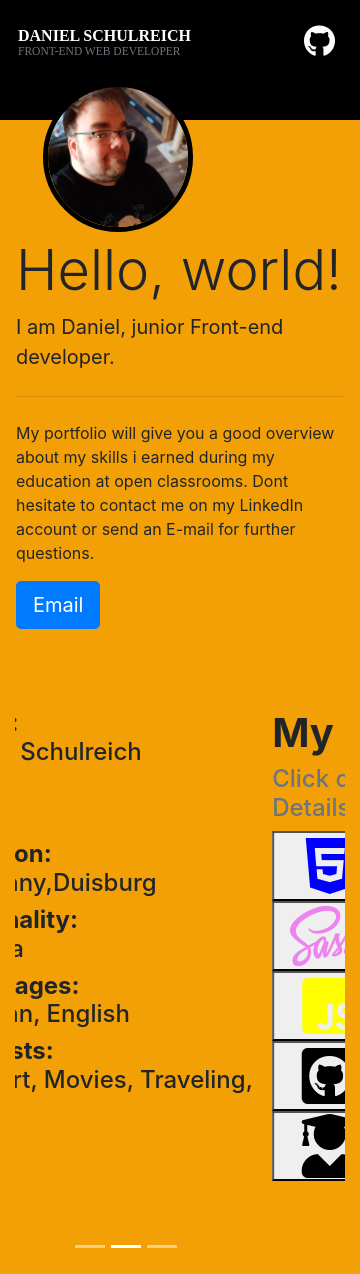
Repository: schulreich/my_portfolio
Page: index.html
The author's editor kept a copy of each file at every save. The page is drawn from the files as they stood at one save, then again after the next save.
The browser window is 360 px wide. The pictures show the whole page.
Some web fonts or font styles are not loaded; a fallback is used. Some web libraries are served in a nearby version.

Above is the page before, as saved 2020-06-21 22:16:38.

### index.html
<!DOCTYPE html>
<html lang="en">
<head>
    <meta charset="UTF-8">
    <meta name="viewport" content="width=device-width, initial-scale=1.0">
    <meta http-equiv="X-UA-Compatible" content="ie=edge">
    <link rel="stylesheet" href="https://stackpath.bootstrapcdn.com/bootstrap/4.1.3/css/bootstrap.min.css" integrity="sha384-MCw98/SFnGE8fJT3GXwEOngsV7Zt27NXFoaoApmYm81iuXoPkFOJwJ8ERdknLPMO" crossorigin="anonymous">
    <link rel="stylesheet" href="css/main.css">
    <link rel="stylesheet" href="https://use.fontawesome.com/releases/v5.5.0/css/all.css" integrity="sha384-B4dIYHKNBt8Bc12p+WXckhzcICo0wtJAoU8YZTY5qE0Id1GSseTk6S+L3BlXeVIU" crossorigin="anonymous">

    <title>Document</title>
</head>
<body>
    <header>
        <div class="row">
            <div class="name">DANIEL SCHULREICH</div>
            <div class="title text-muted"><small>FRONT-END WEB DEVELOPER</small></div>
            <a class="btn btn-primary btn-sm follow d-none d-lg-block" href="https://www.linkedin.com/in/daniel-schulreich-a5347617b/" target="_blank" role="button"><i class="fab fa-linkedin "></i><i class="fas fa-arrow-left arrow-left text-primary"></i><small>Follow @schulreich</small></a>

            <div class="nav">
                    <ul>
                        <li class="github"><i class="fab fa-github fa-2x nav-icon"></i><a href="https://github.com/schulreich" target="_blank">GitHub</a>
                        </li>
                    </ul>
                </div>


        </div>
    </header>

    <section class="project-modal">

    <div class="modal fade bd-example-modal-lg" tabindex="-1" role="dialog" aria-labelledby="myLargeModalLabel" aria-hidden="true">
            <div class="modal-dialog modal-lg">
              <div class="modal-content">
                <div class="modal-header">
                  <h5 class="modal-title" id="exampleModalLabel"><strong>JavaScript Boardgame</strong></h5>
                  <button type="button" class="close" data-dismiss="modal" aria-label="Close">
                    <span aria-hidden="true">&times;</span>
                  </button>
                </div>
                <div class="modal-body modal-align">
                    <img class="modal-img" src="images/boardgame.png" alt="">
                </div>
                <div class="modal-footer">
                  <a href="https://schulreich.github.io/JavaScript_boardgame/" target="_blank" class="btn btn-primary btn-lg active" role="button" aria-pressed="true">Demo</a>
                  <button type="button" class="btn btn-secondary" data-dismiss="modal">Close</button>
                </div>
              </div>
            </div>
          </div>

          <div class="modal fade bd-cards-example-modal-lg" tabindex="-1" role="dialog" aria-labelledby="myLargeModalLabel" aria-hidden="true">
                <div class="modal-dialog modal-lg">
                  <div class="modal-content">
                    <div class="modal-header">
                      <h5 class="modal-title" id="exampleModalLabel"><strong>Bootstrap Moviefestival website</strong></h5>
                      <button type="button" class="close" data-dismiss="modal" aria-label="Close">
                        <span aria-hidden="true">&times;</span>
                      </button>
                    </div>
                    <div class="modal-body modal-align">
                        <img class="modal-img" src="images/moviefestival.png" alt="">
                    </div>
                    <div class="modal-footer">
                      <a href="https://schulreich.github.io/project-movie-festival/" target="_blank" class="btn btn-primary btn-lg active" role="button" aria-pressed="true">Watch</a>
                      <button type="button" class="btn btn-secondary" data-dismiss="modal">Close</button>
                    </div>
                  </div>
                </div>
              </div>


              <div class="modal fade bd-grid-example-modal-lg" tabindex="-1" role="dialog" aria-labelledby="myLargeModalLabel" aria-hidden="true">
                    <div class="modal-dialog modal-lg">
                      <div class="modal-content">
                        <div class="modal-header">
                          <h5 class="modal-title" id="exampleModalLabel"><strong>React Restaurant review website</strong></h5>
                          <button type="button" class="close" data-dismiss="modal" aria-label="Close">
                            <span aria-hidden="true">&times;</span>
                          </button>
                        </div>
                        <div class="modal-body modal-align">
                            <img class="modal-img" src="images/restaurantreview.png" alt="">
                        </div>
                        <div class="modal-footer">
                          <a href="https://schulreich.github.io/project_7/" target="_blank" class="btn btn-primary btn-lg active" role="button" aria-pressed="true">Demo</a>
                          <button type="button" class="btn btn-secondary" data-dismiss="modal">Close</button>
                        </div>
                      </div>
                    </div>
                  </div>


          <div class="modal fade bd-register-example-modal-lg" tabindex="-1" role="dialog" aria-labelledby="myLargeModalLabel" aria-hidden="true">
                <div class="modal-dialog modal-lg">
                  <div class="modal-content">
                    <div class="modal-header">
                      <h5 class="modal-title" id="exampleModalLabel"><strong>WordPress</strong></h5>
                      <button type="button" class="close" data-dismiss="modal" aria-label="Close">
                        <span aria-hidden="true">&times;</span>
                      </button>
                    </div>
                    <div class="modal-body modal-align">
                        <img class="modal-img" src="images/WordPress.png" alt="">
                    </div>
                    <div class="modal-footer">
                      <a href="http://dev-lifestylechaletsandcaviar.pantheonsite.io/" target="_blank" class="btn btn-primary btn-lg active" role="button" aria-pressed="true">Watch</a>
                      <button type="button" class="btn btn-secondary" data-dismiss="modal">Close</button>
                    </div>
                  </div>
                </div>
              </div>

    </section>

    <section class="skill-modal">

    <section class="container-fluid intro-section">

        <div class="row">
             <div class="intro col-lg-4 col-md-5 jumbotron">
                <h1 class="display-4">Hello, world!</h1>
                     <p class="lead"><b>I am Daniel, junior Front-end developer.</b></p>
                <hr class="my-4">
                     <p>My portfolio will give you a good overview about my skills i earned during my education at open classrooms. Dont hesitate to contact me on my LinkedIn account or send an E-mail for further questions.</p>
                            <a class="btn btn-primary btn-lg" href="mailto:schulreich_daniel@peppinet.de" target="_blank" role="button">Email</a>
          </div>


          <div class="col-lg-4 d-lg-block move">
              <img class="skew" src="https://dummyimage.com/200x753/000/000" alt="">
              <img class="rounded-circle " src="images/profile_img.jfif" alt="">
          </div>

<aside id="carouselExampleIndicators" class="col-lg-4 personal-information carousel slide" data-ride="carousel">
        <ol class="carousel-indicators">
                <li data-target="#carouselExampleIndicators" data-slide-to="0" class="active"></li>
                <li data-target="#carouselExampleIndicators" data-slide-to="1"></li>
                <li data-target="#carouselExampleIndicators" data-slide-to="2"></li>
              </ol>
    <div class="carousel-inner">
        <div class="carousel-item active">
              <h4><strong>Name:</strong> <br> Daniel Schulreich</h4>
              <h4><strong>Age:</strong> <br> 33</h4>
              <h4><strong>Location:</strong> <br> Germany,Duisburg</h4>
              <h4><strong>Nationality:</strong> <br> Austria</h4>
              <h4><strong>Languages:</strong> <br> German, English</h4>
              <h4><strong>Interests:</strong> <br> E-Sport, Movies, Traveling, Music</h4>
        </div>
        <div class="carousel-item">
            <aside class="skills"> <!-- text-center -->
              <h1><strong>My Skills</strong></h1>
              <h4 class="text-muted">Click on Icons for more Details</h4>
              <div class="y">
                <!--  justify-content-center -->
                <div class="row">

                  <div class="col-lg-4 col-6"><a href="https://openclassrooms.com/en/course-certificates/8254547573" target="_blank" class="active" role="button" aria-pressed="true"><button class="skill-button"><i class="fab fa-html5 fa-4x" ></i></a></div>
                  <div class="col-lg-4 col-6"><a href="https://openclassrooms.com/en/course-certificates/2811490125" target="_blank" class="active" role="button" aria-pressed="true"><button class="skill-button"><i class="fab fa-css3-alt fa-4x"></i></button></a></div>
                </div>
                <div class="row">
                    <div class="col-lg-4 col-6"><a href="https://openclassrooms.com/en/course-certificates/3315606497" target="_blank" class="active" role="button" aria-pressed="true"><button class="skill-button"><i class="fab fa-sass fa-4x"></i></button></a></div>
                    <div class="col-lg-4 col-6"><a href="https://openclassrooms.com/en/course-certificates/8340529448" target="_blank" class="active" role="button" aria-pressed="true"><button class="skill-button"><i class="fab fa-react fa-4x"></i></button></a></div>
                </div>
                <div class="row">
                  <div class="col-lg-4 col-6"><a href="https://openclassrooms.com/en/course-certificates/2140767815" target="_blank" class="active" role="button" aria-pressed="true"><button class="skill-button"><i class="fab fa-js-square fa-4x"></i></button></a></div>
                  <div class="col-lg-4 col-6"><a href="https://openclassrooms.com/en/course-certificates/8343798364" target="_blank" class="active" role="button" aria-pressed="true"><button class="skill-button"><i class="fab fa-wordpress fa-4x"></i></button></a></div>
                </div>
                <div class="row">
                  <div class="col-lg-4 col-6"><a href="https://openclassrooms.com/en/course-certificates/4342386076" target="_blank" class="active" role="button" aria-pressed="true"><button class="skill-button"><i class="fab fa-github-square fa-4x"></i></button></a></div>
                  <!-- Bootstrap icon was not Available-->
                  <div class="col-lg-4 col-6"><a href="https://openclassrooms.com/en/course-certificates/8244891630" target="_blank" class="active" role="button" aria-pressed="true"><button class="skill-button"><i class="fas fa-bold fa-4x"></i></button></a></div>
                </div>
                <div class="row">
                  <div class="col-lg-4 col-6"><a href="https://openclassrooms.com/en/learning-path-certificates/5664741678" target="_blank" class="active" role="button" aria-pressed="true"><button class="skill-button"><i class="fas fa-user-graduate fa-4x"></i></button></a></div>
                </div>
              </div>
            </aside>
        </div>
        <div class="carousel-item">
            <aside class="projects">
                <h1>Projects</h1>
                <h4 class="text-muted">Select Thumbnail</h4>

                <img src="images/boardgame.png" class="img-thumbnail thumbnail" data-toggle="modal" data-target=".bd-example-modal-lg" alt="...">
                <img src="images/moviefestival.png" class="img-thumbnail thumbnail" data-toggle="modal" data-target=".bd-cards-example-modal-lg" alt="..."> <br>
                <img src="images/restaurantreview.png" class="img-thumbnail thumbnail" data-toggle="modal" data-target=".bd-grid-example-modal-lg" alt="...">
                <img src="images/WordPress.png" class="img-thumbnail thumbnail" data-toggle="modal" data-target=".bd-register-example-modal-lg" alt="...">
            </aside>
        </div>
    </div>
</aside>

    </div>

    </section>









    <script src="https://code.jquery.com/jquery-3.3.1.slim.min.js" integrity="sha384-q8i/X+965DzO0rT7abK41JStQIAqVgRVzpbzo5smXKp4YfRvH+8abtTE1Pi6jizo" crossorigin="anonymous"></script>
<script src="https://cdnjs.cloudflare.com/ajax/libs/popper.js/1.14.3/umd/popper.min.js" integrity="sha384-ZMP7rVo3mIykV+2+9J3UJ46jBk0WLaUAdn689aCwoqbBJiSnjAK/l8WvCWPIPm49" crossorigin="anonymous"></script>
<script src="https://stackpath.bootstrapcdn.com/bootstrap/4.1.3/js/bootstrap.min.js" integrity="sha384-ChfqqxuZUCnJSK3+MXmPNIyE6ZbWh2IMqE241rYiqJxyMiZ6OW/JmZQ5stwEULTy" crossorigin="anonymous"></script>
</body>
</html>

### css/main.css
@import url("https://fonts.googleapis.com/css?family=Coda");
@keyframes mymove {
  0% {
    left: 16%;
  }
  100% {
    left: 31%;
  }
}

@media screen and (max-width: 1024px){
  @keyframes mymove{
      0%   {left: 16%;}
      100% {left: 12%;}
  }
}

@keyframes myskew {
  0% {
    transform: skew(52deg);
  }
  100% {
    transform: skew(0deg);
  }
}
@keyframes myfade {
  0% {
    opacity: 0;
  }
  25% {
    opacity: 0;
  }
  50% {
    opacity: 0.6;
  }
  75% {
    opacity: 0.8;
  }
  100% {
    opacity: 1;
  }
}
body {
  background-color: #f3a006;
}

header {
  background-color: black;
  height: 120px;
  font-family: "Coda";
}
header .name {
  position: absolute;
  left: 5%;
  top: 3%;
  color: white;
  font-weight: bolder;
}
header .title {
  position: absolute;
  top: 5%;
  left: 5%;
  color: white;
  font-size: 0.9em;
}
header .follow {
  position: absolute;
  left: 260px;
  top: 4%;
  border-radius: 5px;
  padding-top: 0;
  padding-bottom: 0;
  padding-right: 15px;
  padding-left: 3px;
}
header .arrow-left {
  position: absolute;
  left: -10%;
  top: 18%;
}
header .nav-icon {
  color: white;
}
header i {
  padding: 0 10px;
}
header ul {
  list-style-type: none;
}
header .nav ul {
  margin: 0;
  padding: 0;
  position: absolute;
  top: 10px;
  right: 0;
  font-size: 0px;
}
header .nav ul li {
  font-size: 12pt;
  display: inline-block;
  padding: 15px;
  transition: all 0.2s ease-in-out;
}
header .nav ul li a {
  font-family: FontAwesome;
  color: lime;
  font-size: 22pt;
  text-decoration: none;
}
header .nav ul .github.about .code .contact {
  background: black;
}
header .nav ul li i {
  display: block;
}
header .nav ul li a {
  display: none;
}
header .nav ul li:hover i {
  display: none;
}
header .nav ul li:hover a {
  display: block;
}
header .nav a:hover {
  color: lime;
}

.modal-img {
  width: 600px;
}

.modal-align {
  padding-left: 6rem;
}

.modal-header {
  background-color: #f3a006;
}

.modal-body {
  background-color: black;
}

.intro-section {
  background-color: #f3a006;
  /*}
  .rounded-circle:hover{
      left: 25%;
      transition: 2s left;
  }*/
}
.intro-section .intro {
  background-color: #f3a006;
  top: 85px;
}
.intro-section .skew {
  transform: skew(52deg);
  position: absolute;
  height: 157%;
  left: 36%;
  animation: myskew 2s 1 ease;
  animation-fill-mode: forwards;
}
@media screen and (max-width: 1024px){
  .intro-section .skew {
    transform: skew(52deg);
    position: absolute;
    height: 128%;
    left: 26%;
    animation: myskew 2s 1 ease;
    animation-fill-mode: forwards;
  }
}
@media screen and (max-width: 360px){
  .intro-section .skew {
    display: none;
  }
}
.intro-section .rounded-circle {
  position: absolute;
  border: solid 5px black;
  height: 300px;
  width: 300px;
  left: 20%;
  top: 33%;
  animation: mymove 2s 1 ease;
  animation-fill-mode: forwards;
}

@media screen and (max-width: 360px){
  .intro-section .rounded-circle {
    position: absolute;
    border: solid 5px black;
    height: 150px;
    width: 150px;
    left: 25%;
    top: -526px;
  }
}

.intro-section .personal-information {
  position: relative;
  top: 100px;
  animation: myfade 5s 1 ease;
  transition-delay: 3s;
}
.intro-section .carousel-inner {
  height: 565px;
}
.carousel-indicators{
  right: 30%;
}
.intro-section .skill-button {
  width: 115px;
}
.intro-section .fa-html5 {
  color: blue;
}
.intro-section .fa-css3-alt {
  color: pink;
}
.intro-section .fa-sass {
  color: violet;
}
.intro-section .fa-react {
  color: skyblue;
  width: 100px;
}
.intro-section .fa-js-square {
  color: yellow;
  width: 100px;
}
.intro-section .fa-bold{
  color:white;
  background-color: purple;
}
.intro-section .thumbnail {
  width: 200px;
  height: 200px;
}
@media screen and (max-width: 1024px){
  .intro-section .thumbnail {
    width: 200px;
    height: 105px;
  }
}

After the next save:
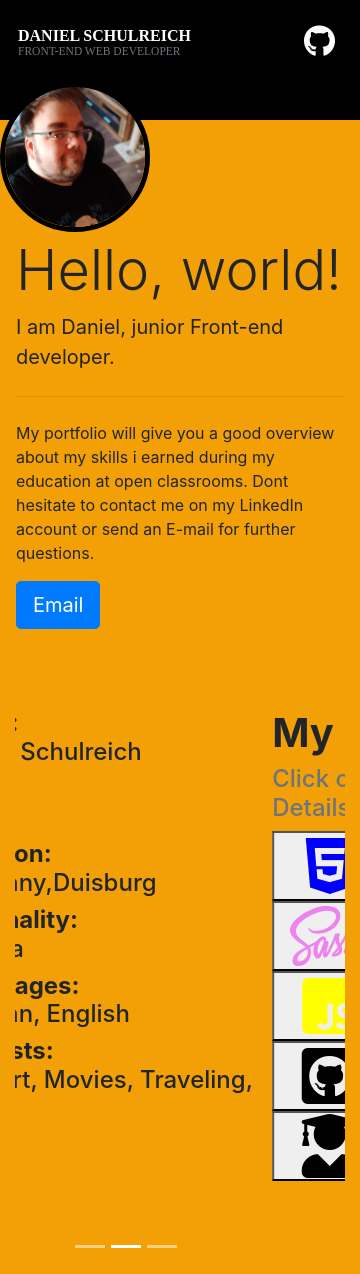
Saved 93 s later.
--- a/css/main.css
+++ b/css/main.css
@@ -12,6 +12,13 @@
   @keyframes mymove{
       0%   {left: 16%;}
       100% {left: 12%;}
+  }
+}
+
+@media screen and (max-width: 360px){
+  @keyframes mymove{
+      0%   {left: 0%;}
+      100% {left: 0%;}
   }
 }
 
